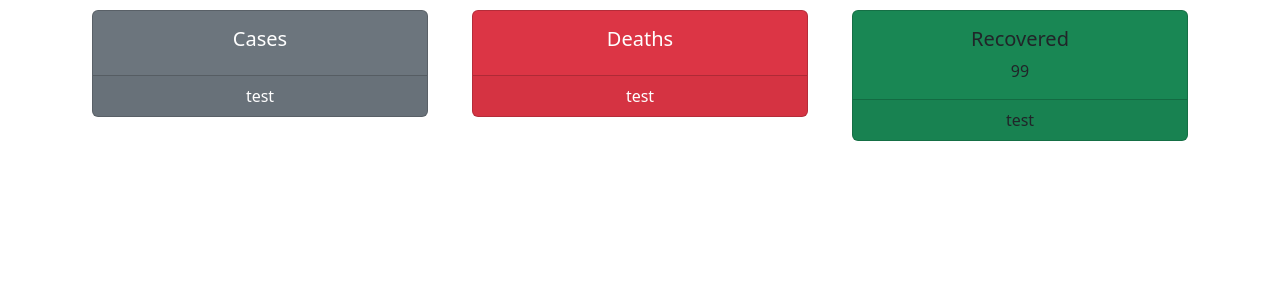
Repository: azizdeghais/CovidTracker
Page: /
The author's editor kept a copy of each file at every save. The page is drawn from the files as they stood at one save, then again after the next save.
The browser window is 1280 px wide. The pictures show the whole page.
The page's requests for data from a server got no answer. The project was rebuilt for these pictures with package versions that can differ from the ones it lists, and the page was loaded fresh each time. No one was signed in, and anything a server would have sent is missing. Also part of the build but not shown: vite.config.js.

Above is the page before, as saved 2023-03-09 15:55:49.

### src/main.jsx
import React from 'react'
import ReactDOM from 'react-dom/client'
import App from './App'
import 'bootstrap/dist/css/bootstrap.min.css';


ReactDOM.createRoot(document.getElementById('root')).render(
  <React.StrictMode>
    <App />
  </React.StrictMode>,
)

### src/App.jsx
import React, { useEffect,useState } from 'react'
import axios from 'axios'
import Container from 'react-bootstrap/Container';
import Row from 'react-bootstrap/Row';
import Col from 'react-bootstrap/Col';
import Card from 'react-bootstrap/Card';



function App() {

  const [latest,setLatest]=useState("")

  useEffect(()=>{
    axios
    .get('https://corona.lmao.ninja/v3/covid-19/all')
    .then(res=>{
           setLatest(res.data)
    })
    .catch(err=>{
      console.log(err)
    })
  },[])


  return (
    <Container>
      <Row >
        <Col>
          <Card className='text-center' bg='secondary' text='white' style={{margin:'10px'}} >
            <Card.Body>
              <Card.Title>Cases</Card.Title>
              <Card.Text>
                {latest.cases}
              </Card.Text>
            </Card.Body>
            <Card.Footer>
              test
            </Card.Footer>
          </Card>
        </Col>
        <Col>
          <Card className='text-center' bg='danger' text='white' style={{margin:'10px'}}>
            <Card.Body>
              <Card.Title>Deaths</Card.Title>
              <Card.Text>
                {latest.deaths}
              </Card.Text>
            </Card.Body>
            <Card.Footer>
              test
            </Card.Footer>
          </Card>
        </Col>
        <Col>
          <Card className='text-center' bg='success' style={{margin:'10px'}} >
            <Card.Body>
              <Card.Title>Recovered</Card.Title>
              <Card.Text>
               99
              </Card.Text>
            </Card.Body>
            <Card.Footer>
              test
            </Card.Footer>
          </Card>
        </Col>
      </Row>
    </Container>
  )
}

export default App

Loaded but not shown: index.html (common file)

After the next save:
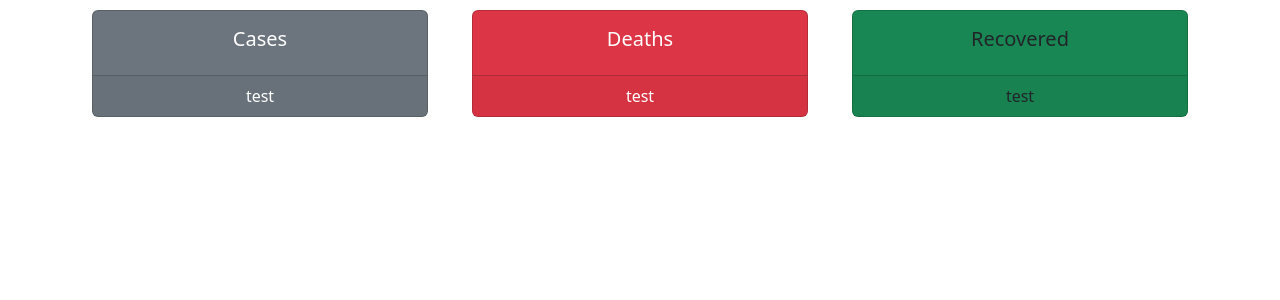
Saved 7 s later.
--- a/src/App.jsx
+++ b/src/App.jsx
@@ -57,7 +57,7 @@ function App() {
             <Card.Body>
               <Card.Title>Recovered</Card.Title>
               <Card.Text>
-               99
+               {latest.recovered}
               </Card.Text>
             </Card.Body>
             <Card.Footer>
